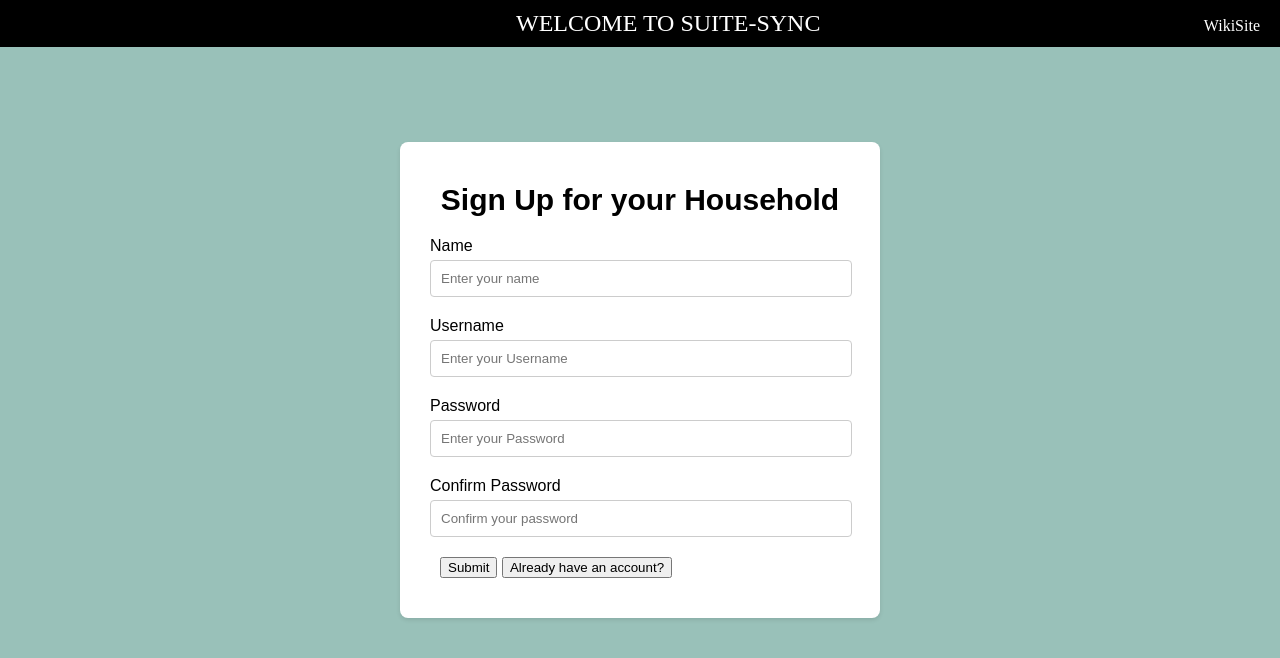
Repository: seojoonl/household-management-webapp
Page: http://localhost/201_final_project/signup.html
The author's editor kept a copy of each file at every save. The page is drawn from the files as they stood at one save, then again after the next save.
The browser window is 1280 px wide. The pictures show the whole page.
The page is served by Tomcat 9. Other server files are loaded and not shown.

Above is the page before, as saved 2024-05-07 08:00:17.

### 201_final_project/src/main/webapp/signup.html
<!DOCTYPE html>
<html>
<head>
	<meta charset="UTF-8">
	<meta name="viewport" content="width=device-width, initial-scale=1.0">
	<title>Sign Up Page</title>
	<link rel="stylesheet" href="style.css">
</head>
<body>
	<header>
		<div class="household">WELCOME TO SUITE-SYNC</div>
		<div class="wiki"> <a href="wikisite.html">WikiSite</a></div>
	</header>
	<div class="signup">
		<form id="signup-container">
			<h1>Sign Up for your Household</h1>
			<div class="input">
				<label for = "name">Name</label>
				<input type="text" id="name" name="name" required placeholder="Enter your name">
			</div>
			<div class="input">
				<label for = "username">Username</label>
				<input type="text" id="username" name="username" required placeholder="Enter your Username">
			</div>
			<div class="input">
				<label for = "password">Password</label>
				<input type="password" id="password" name="password" required placeholder="Enter your Password">
			</div>
			<div class="input">
                <label for="confirm_password">Confirm Password</label>
                <input type="password" id="confirm_password" name="confirm_password" required placeholder="Confirm your password">
            </div>
			<div id = "signup-error"></div>
            <input class="button" type="submit" value="Submit">
            <input type="button" onclick="location.href='login.html';" value="Already have an account?">


		</form>

	</div>
	<script src="signup.js"></script>
</body>
</html>

### 201_final_project/src/main/webapp/style.css
@charset "UTF-8";

body {
	font-family: 'Playfair Display', serif;
	background-color: #99c1b9;
	margin: 0;
	padding: 0;
	display: flex;
	flex-direction: column;
	align-items: center;
	min-height: 100vh;
}

header {
  display: flex;
   justify-content: space-between;
   align-items: center;
   background-color: #000;
   color: #fff;
   padding: 10px 20px;
   font-size: 24px;
   width: 100%;
   box-sizing: border-box;
   text-align:center
}

header .wiki {
    float:right;
}

header .household
{
    margin-left: 40%;
    margin-right: auto;
}

header .wiki a {
    color: inherit;
    text-decoration: none;
    font-size: 16px;
}

.main-content {
	width: 100%;
	display: flex;
	justify-content: center;
	flex-direction: column;
	align-items: center;
	flex-grow: 1;
}


.login-container {
	background-color: #ffffff;
	padding: 40px;
	border-radius: 8px;
	box-shadow: 0 2px 4px rgba(0, 0, 0, 0.1);
	width: 400px;
	position: absolute;
	top: 200px;
	 font-family: Arial, san-serif;
    font-size: 16px;
}

.login-container .input input {
   margin-left: -10px;
}

.login-container .input label {
   margin-left: -10px;
}


.login-container h1 {
	text-align: center;
	margin-bottom: 30px;
	margin-top: 10px;
}

#signup-container h1 {
	text-align: center;
	margin-bottom: 20px;
	margin-top: 1px;
	font-size: 30px;
}

#signup-container .input input {
   margin-left: -10px;
}

#signup-container .input label {
   margin-left: -10px;
}

#signup-container {
	background-color: #ffffff;
	padding: 40px;
	border-radius: 8px;
	box-shadow: 0 2px 4px rgba(0, 0, 0, 0.1);
	width: 400px;
	font-size: 16px;
	position: absolute;
	left: 50%;
    top: 50%;
    transform: translate(-50%, -50%);
    font-family: Arial, san-serif;
    font-size: 16px;
    margin-top:20px
}


.form-actions Signup
{
	display: flex;
    justify-content: center;
    align-items: center;
    flex-direction: column;
    width: 100%;
}

.form-actions {
	display: flex;
    flex-direction: row;
    justify-content: center;
    align-items: center;
}

.form-actions value {
	margin-left: 100px;
	text-align: center;
}


.buttonStyle{
    background-color: #f0f0f0;
    color: black;
    padding: 10px 20px;
    border: 1px solid black;
    margin-top: 20px;
    font-size: 17px;
    border-radius: 4px;
    cursor: pointer;
    width: 25%;
    margin: 20px auto;
    display: block;
    cursor: pointer;
    margin: 10px;
    display: inline-block;
    text-align: center;
}



.account-link {
    margin-top: 10px;
    font-size: 16px;
    text-align: center;
    margin-bottom: 5px;
}

.account-link a {
    color: #0056b3;
    text-decoration: none;
}

.account-link a:hover {
    text-decoration: underline;
}

button:hover, .buttonStyle button:hover {
    background-color: #0056b3;
    color: white;
}

.login-form {
	display: flex;
	flex-direction: column;
}

.input {
	margin-bottom: 20px;
}

.input label {
	display: block;
	margin-bottom: 5px;
}

.input input {
	width: 100%;
	padding: 10px;
	border: 1px solid #cccccc;
	border-radius: 4px;
}



.task-list
{
	width: 80%;
	margin-top: 20px;
}

.task-item
{
	background-color: #ffffff;
    padding: 10px;
    margin-bottom: 10px;
    border-radius: 5px;
    box-shadow: 0 2px 4px rgba(0, 0, 0, 0.2);
}

.task-item label
{
	cursor: pointer
}

#taskInput {
    width: 100%;
    max-width: 95%;
    padding: 10px;
    margin-left: 0px;
    border: 1px solid #000000;
    margin-top: 10px;
    border-radius: 4px;
    display: inline-block;
}

### 201_final_project/src/main/webapp/signup.js
document.addEventListener('DOMContentLoaded', function () {
  document.getElementById("signup-container").addEventListener("submit", function (event) {
    event.preventDefault();

    const data = {
		name : document.getElementById("name").value,
    	username : document.getElementById("username").value,
    	password : document.getElementById("password").value,
    	confirmPassword : document.getElementById("confirm_password").value,
	}


    if (data.password !== data.confirmPassword) {
        alert("Passwords do not match.");
        return;
    }

    fetch("/201_final_project/Register", {
      method: "POST",
      headers: { "Content-Type": "application/json" },
      body: JSON.stringify(data)
    })
    .then((response) => response.json())
    .then((data) => {
		console.log(data);
      if (data.success) {
        localStorage.setItem('isLoggedIn', 'true');
        window.location.href = data.redirect;
      } else {
        alert(data.message);
      }
    })
    .catch((error) => console.error("Error:", error));

  });

});

After the next save:
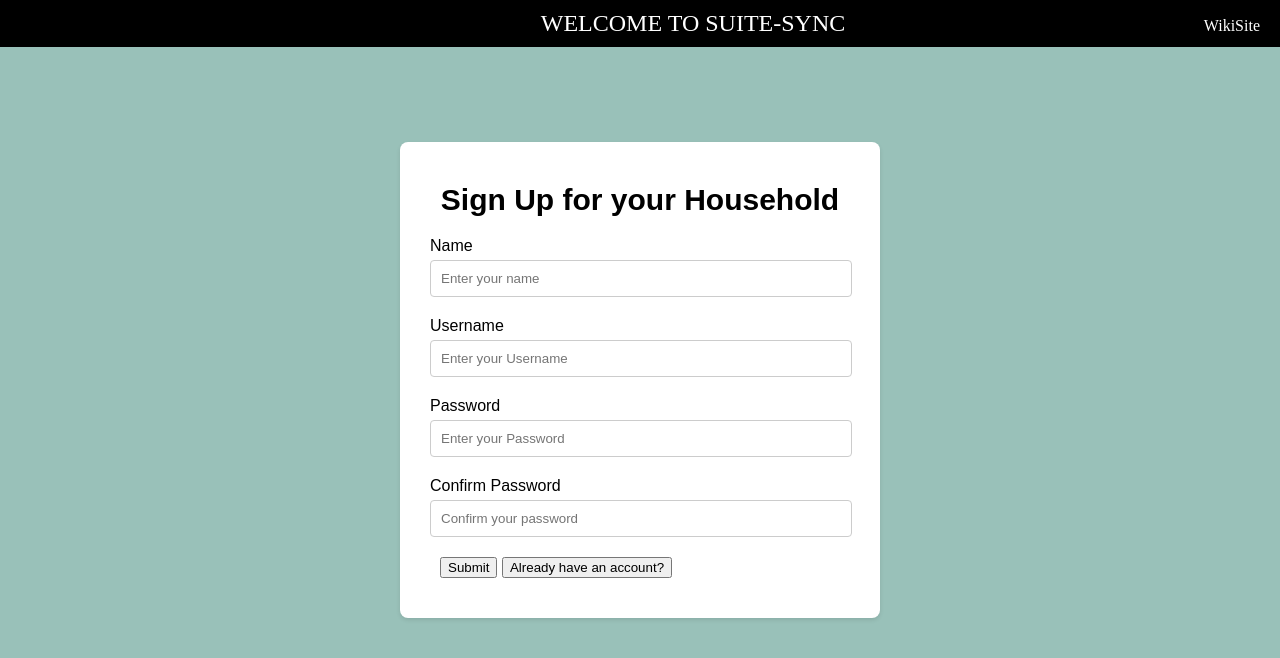
Saved 14 s later.
--- a/201_final_project/src/main/webapp/style.css
+++ b/201_final_project/src/main/webapp/style.css
@@ -30,7 +30,7 @@ header .wiki {
 
 header .household
 {
-    margin-left: 40%;
+    margin-left: 42%;
     margin-right: auto;
 }
 
